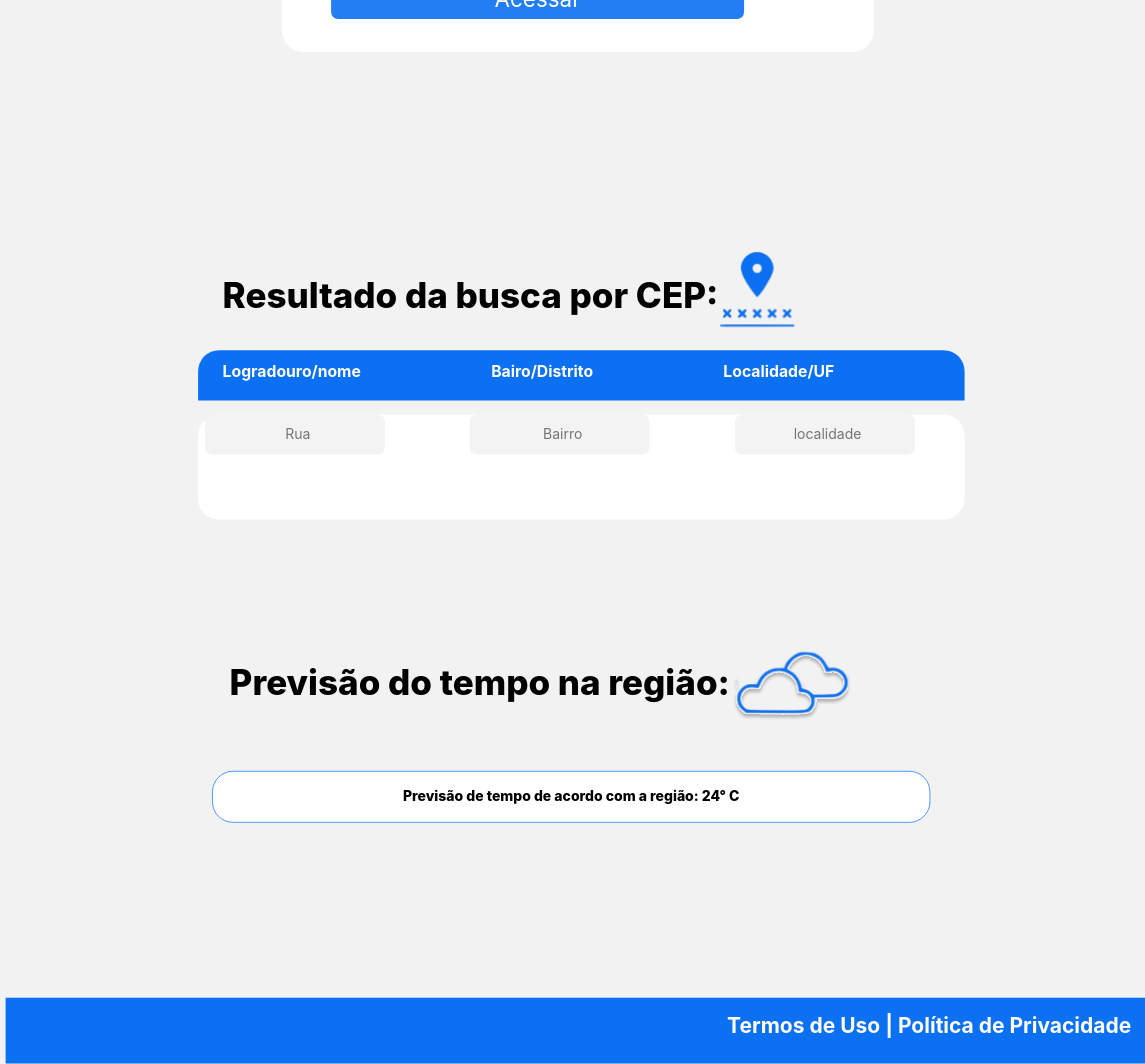
Repository: CyberAri/DNC-API
Page: index.html
The author's editor kept a copy of each file at every save. The page is drawn from the files as they stood at one save, then again after the next save.
The browser window is 1280 px wide. The page is 1636 px wide, so the pictures cover 1636 px, including what lies to the right of the window. The pictures show the part of the page from y = 1555 to 3075 px (the page is 3075 px tall before and 2979 px after), at 70% of full size.

Above is the page before, as saved 2024-03-21 00:05:22.
Console error: SyntaxError: Identifier 'data' has already been declared

### index.html
<!DOCTYPE html>
<html lang="pt-br">
<head>
    <meta charset="UTF-8">
    <meta name="viewport" content="width=device-width, initial-scale=1.0">
    <title>DNC-API</title>
    <link rel="stylesheet" href="style.css">
    <link rel="preconnect" href="https://fonts.googleapis.com">
    <link rel="preconnect" href="https://fonts.gstatic.com" crossorigin>
    <link rel="preconnect" href="https://fonts.googleapis.com">
    <link rel="preconnect" href="https://fonts.gstatic.com" crossorigin>

</head>
<body>
    <div id="start1">
        <div class="star1">
            <div id="dncW">
                 <h1>DncWeather</h1>
            </div>

            <div id="end">
                <h2>Endereços</h2>
            </div>
            <div id="end2">
                <h2>Previsão do tempo</h2>
            </div>
        </div>

    </div>
    <div id="start2">
        <div>

            <p>Descubra Mais com Precisão: <br>
               Previsões do Tempo e endereços <br>
               em tempo real.</p>

              <div id="imag1">
                 <img src="imagens/img1.svg">
              </div>

        </div>
    </div>
        <div id="form1">
            <form action="">
            <label for="primeiro nome">Primeiro Nome:</label><br>
            <input type="text" placeholder="Insira seu primeiro nome" id="insPriNome" value=""><br>

            <label for="E-mail">E-mail:</label><br>
            <input type="text" placeholder="Insira seu E-mail" id="e-mail" value="" ><br>

            <label for="digiteCep">Digite o CEP:</label><br>
            <input type="text" placeholder="Insira o CEP" id="cep" value=""required><br>

            <label for="digLatLong">Digite a latitude e longetude para saber a previsão:</label><br>
            <input type="text" id="lati"  value="" placeholder="latitude">
            <input type="text" id="long"  value="" placeholder="longitude"><br>
            <div>
                <button type="button"  onclick='getAddressByCep(), getPrevisao()'>Acessar</button>
            </div>

            </form>

            <div>
                <h1>Resultado da busca por CEP:</h1>
            </div>
            <div id="imag2">
                 <img src="imagens/img2.svg" alt="">
            </div>
            <div id="part1">
                <div  class="part1">
                    <h2>Logradouro/nome</h2>
                    <h2>Bairo/Distrito</h2>
                    <h2>Localidade/UF</h2>
                </div>
            </div>
            <div id="part2">
                <div class="part2">
                    <input type="text" id="rua" placeholder="Rua" value="">
                    <input type="text" id="bairro" placeholder="Bairro" value="">
                    <input type="text" id="localidade" placeholder="localidade" value="">

                </div>
                    <div id="part3">
                        <h1>Previsão do tempo na região:</h1>
                    </div>
                    <div id="img3">
                        <img src="imagens/imgNuv.svg" alt="">
                    </div>
                    <div id="resposta" >
                        <h3>Previsão de tempo de acordo com a região: 24° C</h3>
                    </div>
                    <footer>
                        <div id="rodaPe">
                            <h2>Termos de Uso | Política de Privacidade</h2>
                        </div>
                    </footer>
            </div>
       </div>
</div>
<script>
    async function getAddressByCep() {
        const cep  = document.getElementById('cep').value;
    try {
         const response = await fetch(`https://viacep.com.br/ws/${cep}/json/`);
         const data = await response.json();
         console.log(data);
         document.getElementById('rua').value = data. logradouro;
         document.getElementById('bairro').value = data. bairro;
         document.getElementById('localidade').value = data. localidade;
        }catch (error) {

    }

    }

    async function getPrevisao(){
        const lat = document.getElementById('latitude').value;
        const lon = document.getElementById('longitude').value;
        try {
            const data = await fetch(
                ` https://api.open-meteo.com/v1/forecast?latitude=${lat}&longitude=${lon}&hourly=temperature_2m`);
            const data = await response.json();
            console.log(data);
            document.getElementById("resposta").innerHTML = '';
            for(
                 let index = 0; index < data.hourly.temperature_2m.length; index++) {
                 document.getElementById('resposta').innerHTML += `<div>${data.hourly.time_2m[index]}-${data.hourly.temperature_2m[index]}</div>`;
            }
            }catch (error) {




        }
    }


</script>

</body>
</html>

### style.css
body{
    background-color: rgba(242, 242, 242, 1);
}

#start1{
    width: 1605px;
    height: 103px;
    font-family: Inter;
    background-color: #0C70F2;
    color: black;
}
.star1{
    display: grid;
    grid-auto-flow: column;
    columns: auto;
}
#dncW{
    width: 310px;
    height: 55px;
    margin-top: -265px;
    margin-left: 160px;
    font-weight: 800;
    font-size: 50px;
    line-height: 60.51px;
    color: rgba(255, 255, 255, 1);

}
#end{
    width: 229px;
    height: 30px;
    margin-top: 20px;
    margin-left: 610px;
    font-family: Inter;
    font-weight: 800;
    color: rgba(255, 255, 255, 1);
}
#end2{
    width: 229px;
    height: 30px;
    margin-top: 20px;
    margin-left: -100px;
    font-family: Inter;
    font-weight: 800;
    color: rgba(255, 255, 255, 1);
}

#start2{
    display: grid;
    grid-auto-flow: column;
    columns: auto;
}

p{
    width: 879px;
    height: 282px;
    margin-top: 180px;
    margin-bottom: 10px;
    margin-left: 254px;
    font-family: Inter;
    font-size: 50px;
    font-weight: 800;
    line-height: 60.51px;
    color: #1f1f1f;
}
#imag1{
    width: 255px;
    height: 197px;
    margin-top: -340px;
    margin-left: 1133px;
}

#form1{
    width: 845px;
    height: 930px;
    margin-top: 260px;
    text-align: left;
    margin-left: 395px;
    border-radius: 30px;
    background-color: rgba(255, 255, 255, 1);


}
label{
    font-family:Inter;
    font-size: 25px;
    font-weight: 400px;
    line-height: 5.26;
    margin-left: 55px;

}
input{
    width: 590px;
    height: 56px;
    font-family: Inter;
    font-weight: 400;
    font-size: 15px;
    line-height: 24.2px;
    margin-left: 55px;
    padding-left: 30px;
    background-color: rgba(242, 242, 242, 0.9);
    color: black;
    border-radius: 10px;
    border: 0px;
}
#lati{
    width: 245px;
    height: 55px;
    border-radius: 10px;
    border: 0px;
}
#long{
    width: 245px;
    height: 55px;
    border-radius: 10px;
    border: 0px;
}
button{
    width: 590px;
    height: 56px;
    font-family: Inter;
    font-size: 32px;
    margin: 70px;
    border-radius: 10px;
    border: 0px;
    line-height: 38.73px;
    cursor: pointer;
    background-color: rgba(12, 112, 242, 0.9);
    color: rgba(255, 255, 255, 1);
}
button:hover{
    background-color:rgba(99, 159, 243, 0.9);
    color: white;
    transform: translateY(-5px);
    box-shadow: 0px 15px 20px rgba(4, 40, 87, 0.9);
    transition-duration: 0.5s;
}
h1{
    width: 879px;
    height: 96px;
    margin-top: 300px;
    margin-left: -85px;
    font-family: Inter;
    font-weight: 800;
    font-size: 50px;
    line-height: 50.51px;
}
#imag2{
    width: 136px;
    height: 133px;
    margin-top: -180px;
    margin-left: 610px;
}
#part1{
    width: 1095px;
    height: 72px;
    margin-top: 20px;
    margin-left: -120px;
    background-color: rgba(12, 112, 242, 1);
    border-radius: 30px 30px 0px 0px;
}
.part1{
    display: grid;
    grid-auto-flow: column;
    columns: auto;
    margin-left: 35px;
    font-family: Inter;
    font-weight: 400;
    font-size: 15px;
    line-height: 24.2px;
    color: rgba(255, 255, 255, 1);
}
#part2{
    width: 1095px;
    height: 150px;
    margin-top: 20px;
    margin-left: -120px;
    border-radius: 30px;
    background-color: rgba(255, 255, 255, 1);
}
.part2{
    display: grid;
    grid-auto-flow: column;
    columns: auto;
    margin-left: 55px;
    font-family: Inter;
    font-weight: 400;
    font-size: 15px;
    line-height: 24.2px;
    color: rgb(31, 31, 31, 1 );
}
#rua{
    width: 245px;
    height: 55px;
    padding-left: 10px;
    margin-left: -45px;
    border-radius: 10px;
    border: 0px;
    font-size: 20px;
    color: black;
    text-align: center;
}
#bairro{
    width: 245px;
    height: 55px;
    margin-left: 50px;
    padding-left: 10px;
    border-radius: 10px;
    border: 0px;
    font-size: 20px;
    color: black;
    text-align: center;
}
#localidade{
    width: 245px;
    height: 55px;
    margin-left: 50px;
    padding-left: 10px;
    border-radius: 10px;
    border: 0px;
    font-size: 20px;
    color: black;
    text-align: center;
}

#part3{
    width: 879px;
    height: 96px;
    margin-left: 130px;
    font-family: Inter;
    font-weight: 800;
    font-size: 50px;
    line-height: 60.51px;
}
#img3{
    width: 160px;
    height: 106px;
    margin-left: 765px;
    margin-top: -130px;
}
h3{
    width: 1024px;
    height: 72px;
    margin-top: 80px;
    margin-left: 20px;
    font-family: Inter;
    font-size: 20px;
    font-weight: 800;
    line-height: 70.2px;
    text-align: center;
    background-color: rgba(255, 255, 255, 1);
    border-radius: 30px;
    border: 1px solid rgba(12, 112, 242, 1)

}
#rodaPe{
    width: 1608px;
    height: 94px;
    margin-top: 250px;
    margin-left: -275px;
    background-color: rgba(12, 112, 242, 1);
    left: 1px;
    font-family: Inter;
    font-weight: 600;
    font-size: 20px;
    color: rgba(255, 255, 255, 1);
    text-align: right;
    padding-right: 20px;
    line-height: 80.26px;
}

After the next save:
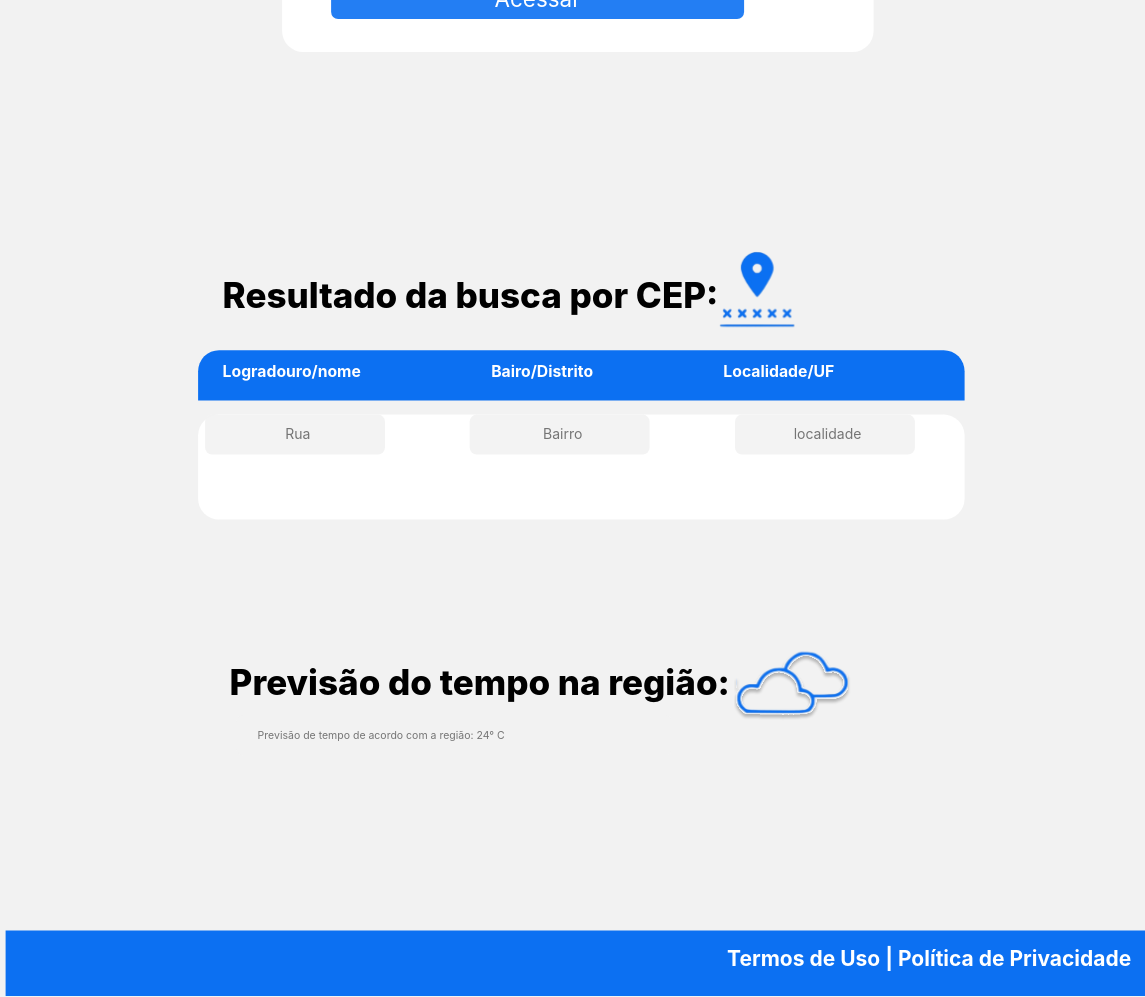
Saved 95 s later.
--- a/index.html
+++ b/index.html
@@ -87,7 +87,7 @@
                         <img src="imagens/imgNuv.svg" alt="">
                     </div>
                     <div id="resposta" >
-                        <h3>Previsão de tempo de acordo com a região: 24° C</h3>
+                        <input type="text" placeholder="Previsão de tempo de acordo com a região: 24° C">
                     </div>
                     <footer>
                         <div id="rodaPe">
